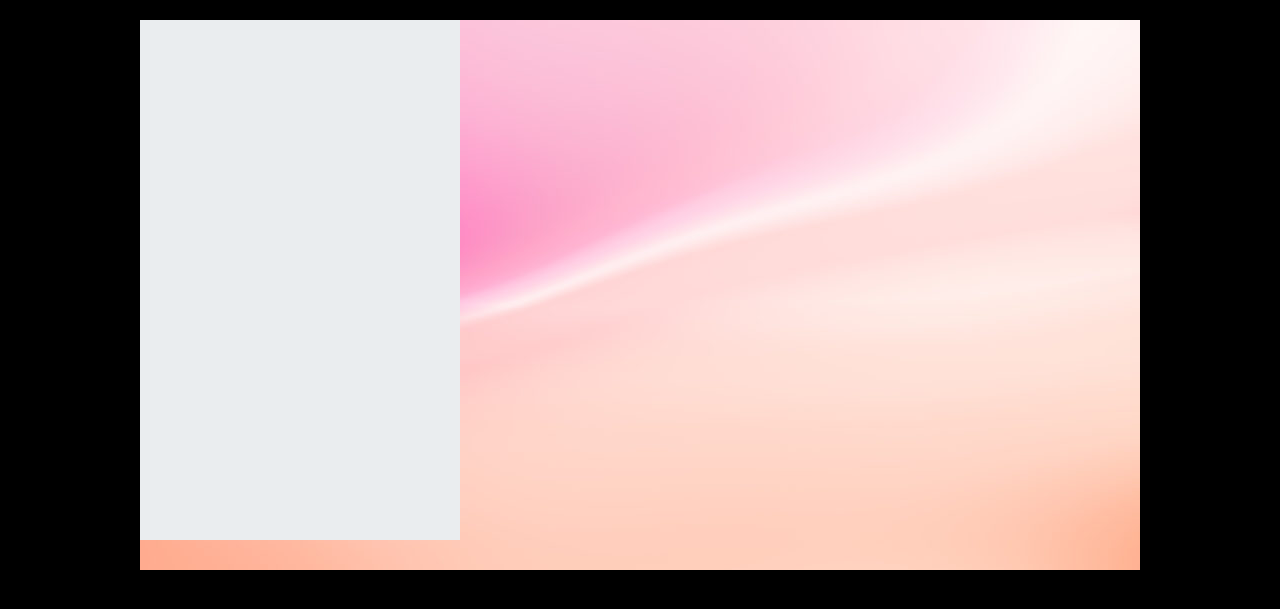
Repository: annabdev/basiccalculator
Page: index.html
These files come from the project's save history. The page is drawn as it stood at one moment and after a run of saves; the edit follows.
The browser window is 1280 px wide. The pictures show the whole page.

Above is the page before, as saved 2020-09-11 21:04:50.

After the next 22 saves:
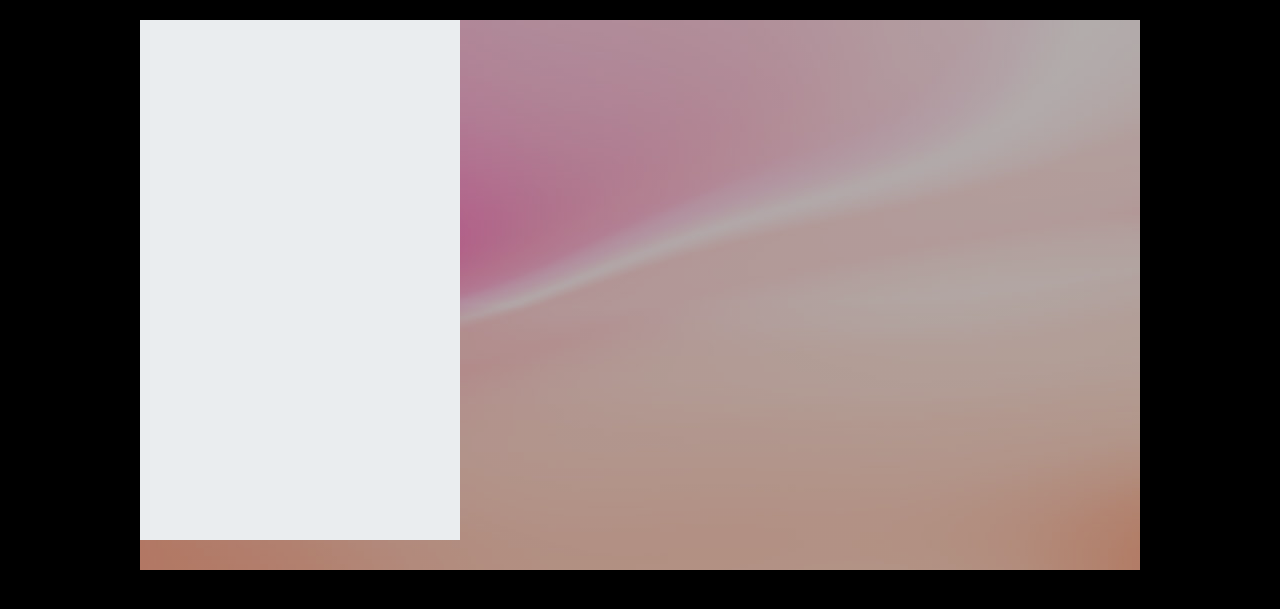
The 22 saves are shown as one change because they came seconds apart.
The last was saved 57 s later.
--- a/style.css
+++ b/style.css
@@ -5,7 +5,7 @@ body{
 #container{
     width: 1000px;
     height: 550px;
-    background-image: url(bgImg.jpg);
+    background-image: linear-gradient(rgba(0,0,0,0.3),rgba(0,0,0,0.3)), url(bgImg.jpg);
     margin: 20px auto;
 }
 #calculator{
